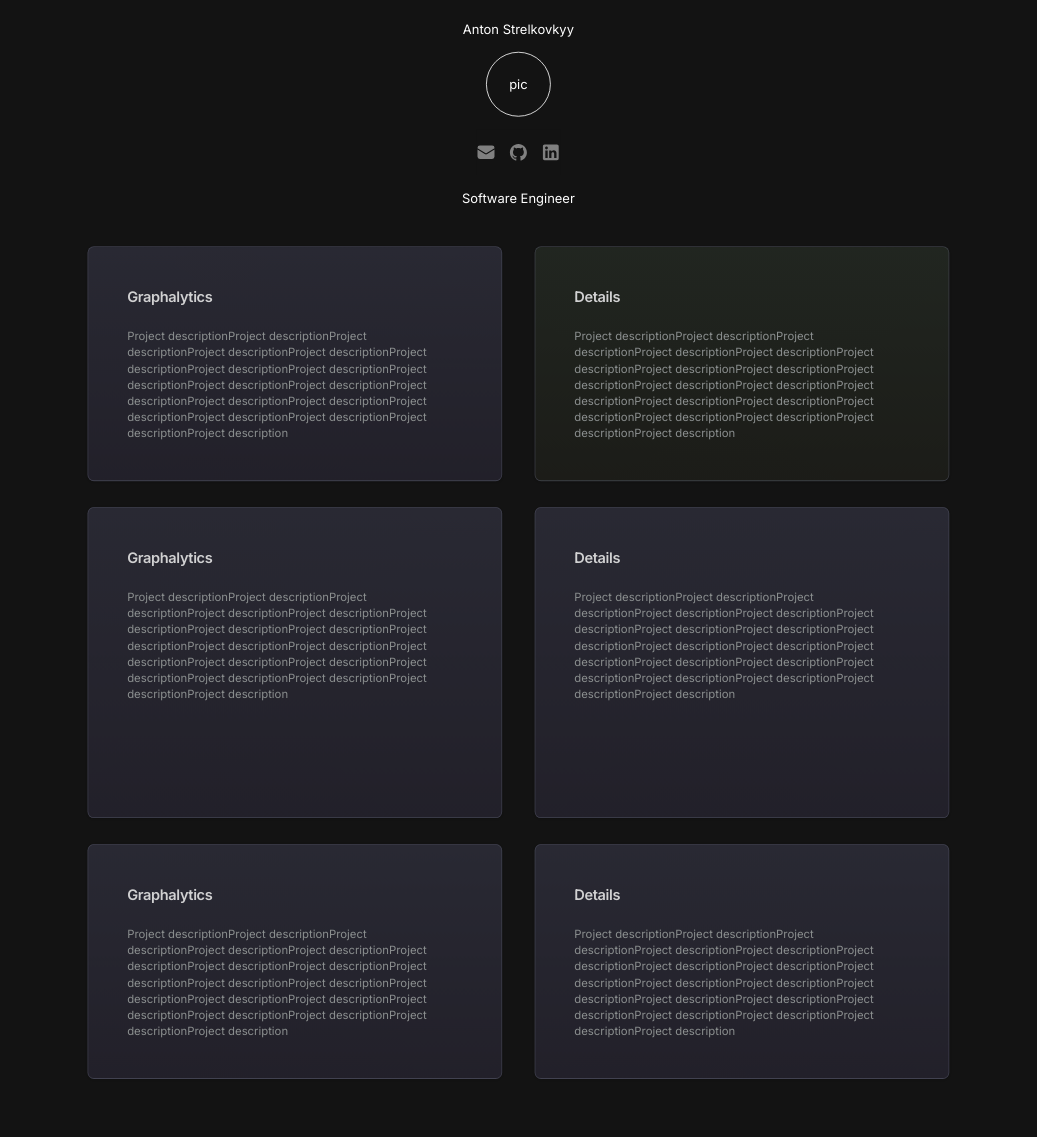
Repository: Fortivera/Anton
Page: /
The author's editor kept a copy of each file at every save. The page is drawn from the files as they stood at one save, then again after the next save.
The browser window is 1280 px wide. The pictures show the whole page, at 81% of full size.
The project was rebuilt for these pictures with package versions that can differ from the ones it lists, and the page was loaded fresh each time. The framework's server and built-in components were replaced by stand-ins that run in the browser. Also part of the build but not shown: next.config.mjs.

Above is the page before, as saved 2024-05-02 15:56:29.

After the next save:
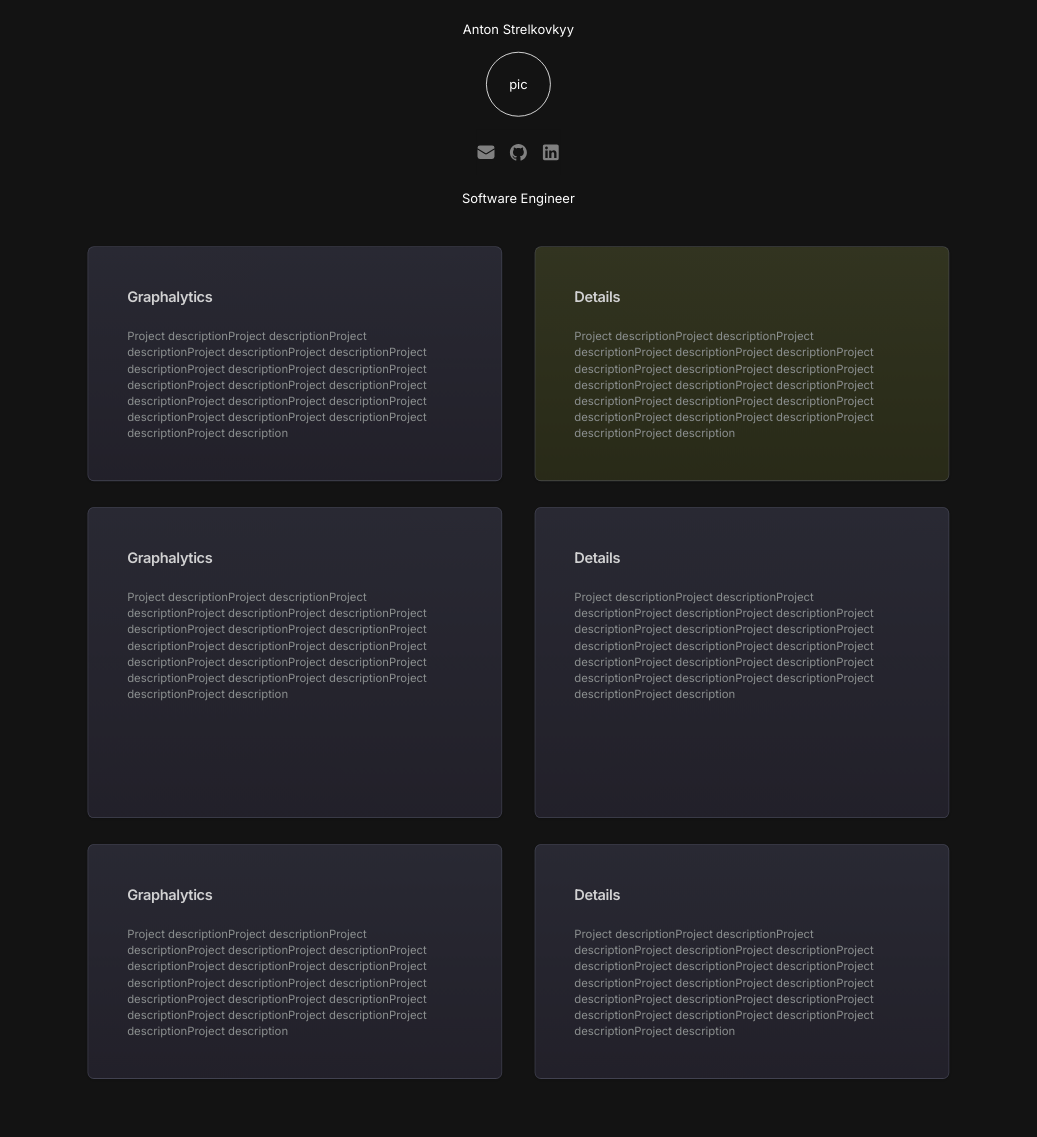
Saved 3 min 6 s later.
--- a/app/page.tsx
+++ b/app/page.tsx
@@ -36,7 +36,7 @@ export default function Home() {
                 </CardDescription>
               </CardContent>
             </Card>
-            <Card className="max-w-lg relative p-6 border rounded-lg bg-opacity-10  border-[#60647872] bg-gradient-to-b from-[#37433566] to-[#2a2b2165] ">
+            <Card className="max-w-lg relative p-6 border rounded-lg bg-opacity-10  border-[#60647872] bg-gradient-to-b from-[#41433566] to-[#2a2b2165] bg-[#dff60e]">
               <CardHeader>
                 <CardTitle className="text-lg font-semibold text-[#D1D1D2]">Details</CardTitle>
               </CardHeader>
